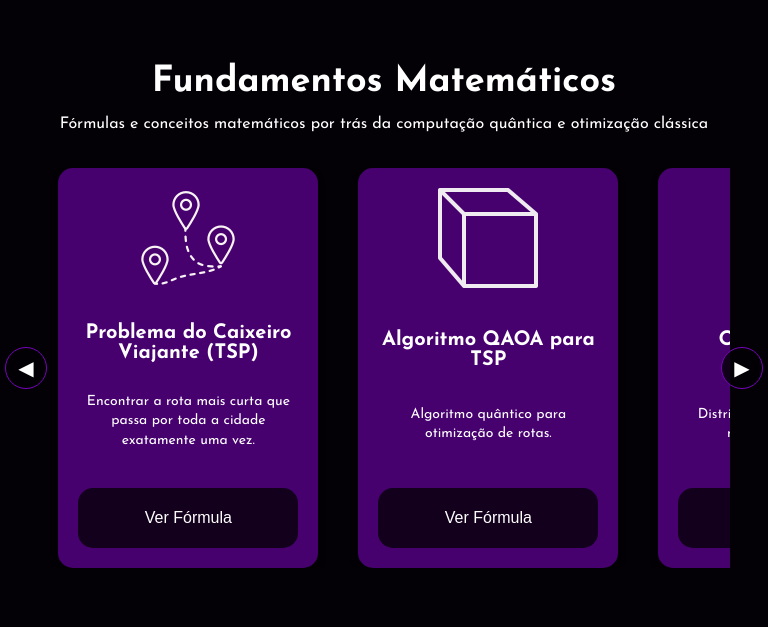
Repository: Everson9/Projeto-de-escalabilidade-quantica-definitivo
Page: fundamentos.html
An editor plug-in stored every save of this project. The page is shown before and after the next save, followed by the edit.
The browser window is 768 px wide. The pictures show the whole page.

Above is the page before, as saved 2025-10-01 11:08:08.
Not found: script.js

After the next save:
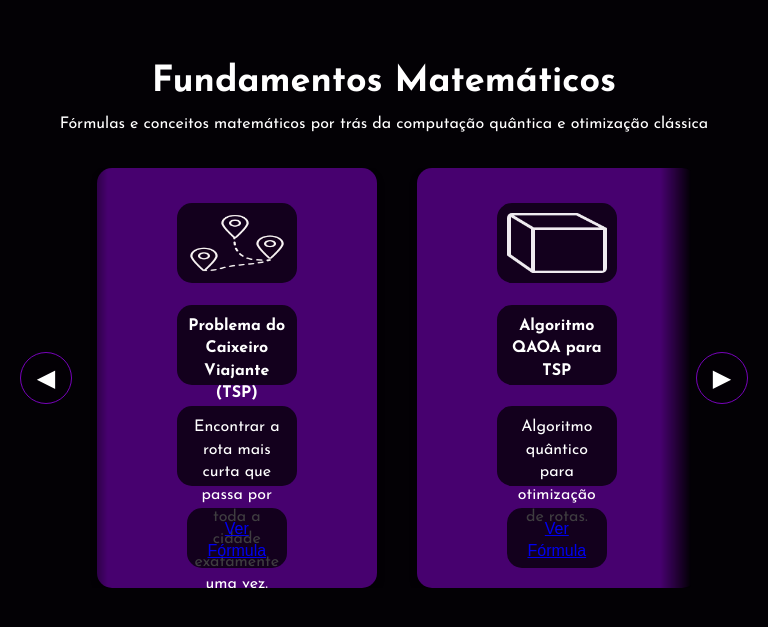
Saved 19 s later.
--- a/fundamentos.css
+++ b/fundamentos.css
@@ -9,7 +9,7 @@
     align-items: center;
     justify-content: flex-start;
     text-decoration: none;
-    overflow-x: hidden; /* Esconde a barra de rolagem horizontal */
+    overflow-x: hidden;
 }
 
 .fundamentos-matematicos {
@@ -24,7 +24,7 @@
     margin-bottom: 10px;
 }
 
-/* Estilos dos Cards */
+/* Estilos dos Cards (sem alterações) */
 .formula_1 {
     width: 240px;
     height: 380px;
@@ -35,57 +35,25 @@
     flex-direction: column;
     justify-content: space-between;
     box-shadow: 0 4px 8px rgba(0, 0, 0, 0.2);
-    margin: 0 20px; /* Espaçamento entre os cards */
-    flex-shrink: 0; /* Impede que os cards encolham */
+    margin: 0 20px;
+    flex-shrink: 0;
 }
 
-.formula_1 h4 {
-    font-size: 20px;
-    margin-bottom: 10px;
-    text-align: center;
+.formula_1 h4, .formula_1 p, .formula_1 img, .button {
+    /* ... seus estilos existentes para os elementos do card ... */
+    /* (copie e cole os estilos da versão anterior aqui) */
+    font-size: 20px; margin-bottom: 10px; text-align: center; /* h4 */
+    width: 100px; height: 100px; margin: 0 auto; /* img */
+    text-align: center; font-size: 14px; line-height: 1.4; margin-top: 10px; /* p */
+    background-color: #030105C2; border: none; padding: 10px; color: white; font-size: 16px; text-align: center; height: 60px; border-radius: 15px; cursor: pointer; text-decoration: none; margin-top: 15px; transition: background-color 0.3s; /* button */
 }
 
-.formula_1 img {
-    width: 100px;
-    height: 100px;
-    margin: 0 auto;
-}
-
-.formula_1 p {
-    text-align: center;
-    font-size: 14px;
-    line-height: 1.4;
-    margin-top: 10px;
-}
-
-.button {
-    background-color: #030105C2;
-    border: none;
-    padding: 10px;
-    color: white;
-    font-size: 16px;
-    text-align: center;
-    height: 60px;
-    border-radius: 15px;
-    cursor: pointer;
-    text-decoration: none;
-    margin-top: 15px;
-    transition: background-color 0.3s;
-}
-
-.button a {
-    text-decoration: none;
-    color: white;
-    display: block;
-    line-height: 40px;     /* Centraliza o texto verticalmente dentro do botão (ajuste se a altura do botão mudar) */
-}
-
-.button:hover a{
+.button:hover {
     background-color: #ffffffc2;
     color: #030105;
 }
 
-/* --- Novas Classes para o Carrossel --- */
+/* --- Novas Classes para o Carrossel e Setas --- */
 
 .carousel-wrapper {
     position: relative; /* Necessário para posicionar as setas */
@@ -98,17 +66,20 @@
 .carousel-container {
     width: 80%; /* Ajuste a largura conforme necessário */
     overflow: hidden;
+    -webkit-mask-image: linear-gradient(to right, transparent, black 5%, black 95%, transparent);
+    mask-image: linear-gradient(to right, transparent, black 5%, black 95%, transparent);
 }
 
 .carousel-track {
     display: flex;
-    transition: transform 0.5s ease-in-out; /* Animação para a transição */
+    /* Removemos a animação automática */
+    transition: transform 0.5s ease-in-out; /* Adiciona uma transição suave */
 }
 
 .carousel-btn {
     position: absolute;
     top: 50%;
-    transform: translateY(-50%) rotate(0deg); /* Começa sem rotação */
+    transform: translateY(-50%);
     background-color: rgba(3, 1, 5, 0.8);
     color: white;
     border: 1px solid #7703BA;
@@ -121,11 +92,7 @@
     font-size: 24px;
     cursor: pointer;
     z-index: 10;
-    transition: background-color 0.3s, transform 0.3s ease;
-}
-
-.carousel-btn.rotate {
-    transform: translateY(-50%) rotate(180deg); /* Girando 180 graus */
+    transition: background-color 0.3s, transform 0.2s;
 }
 
 .carousel-btn:hover {
@@ -140,49 +107,3 @@
 #next-btn {
     right: 20px; /* Posição da seta direita */
 }
-
-/* --- Estilos para os Indicadores (Pontos) --- */
-.carousel-indicators {
-    display: flex;
-    justify-content: center;
-    margin-top: 20px;
-}
-
-.indicator-dot {
-    width: 12px;
-    height: 12px;
-    border-radius: 50%;
-    background-color: #777;
-    margin: 0 5px;
-    cursor: pointer;
-    transition: background-color 0.3s ease;
-}
-
-.indicator-dot.active {
-    background-color: #7703BA; /* Cor roxa para o ponto ativo */
-}
-
-@media (max-width: 768px) {
-    .carousel-container {
-        width: 90%;
-    }
-
-    .carousel-btn {
-        width: 40px;
-        height: 40px;
-        font-size: 20px;
-    }
-
-    #prev-btn {
-        left: 5px;
-    }
-
-    #next-btn {
-        right: 5px;
-    }
-
-    .formula_1 {
-        width: 220px;
-        height: 360px;
-    }
-}
